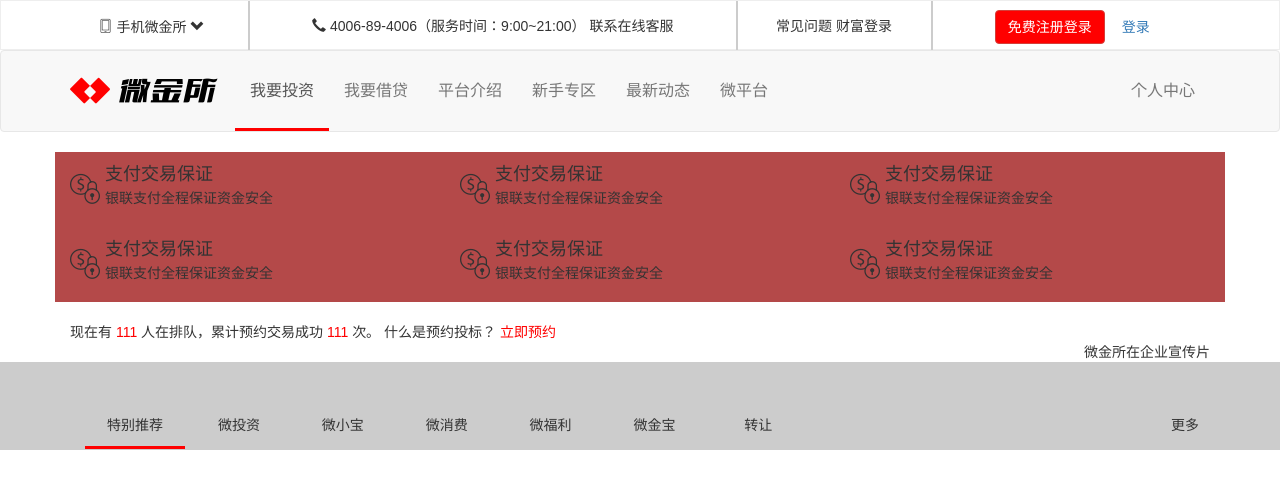
Repository: pwy114pwy/project_02
Page: 菜单.html
An editor plug-in stored every save of this project. The page is shown before and after the next save, followed by the edit.
The browser window is 1280 px wide. The pictures show the whole page.
The style sheet was rebuilt from its Sass, Less or Tailwind sources for each picture, by a compiler version that may differ from the author's.

Above is the page before, as saved 2022-11-23 10:33:54.

### 菜单.html
<!DOCTYPE html>
<html lang="en">

<head>
    <!-- 页面的编码格式 -->
    <meta charset="UTF-8">
    <!-- 为了使IE浏览器以最新浏览器edge来渲染页面 -->
    <meta http-equiv="X-UA-Compatible" content="IE=edge">
    <!-- 视口vp，针对于移动端 -->
    <meta name="viewport" content="width=device-width, initial-scale=1.0">
    <!-- 引入Bootstrap框架的CSS样式 -->
    <link rel="stylesheet" href="./lib/bootstrap/css/bootstrap.css">
    <link rel="stylesheet" href="./css/base.css">
    <link rel="stylesheet" href="./css/01.css">
    <title>Document</title>
</head>

<body>
    <header class="wjs-top hidden-xs hidden-sm">
        <div class="container">
            <div class="row">
                <div class="col-md-2">
                    <a href="">
                        <span class="wjs_icon wjs_icon_phone"></span>
                        <span>手机微金所</span>
                        <span class="glyphicon glyphicon-chevron-down"></span>
                        <img src="./images/code.jpg" alt="">
                    </a>
                </div>
                <div class="col-md-5">
                    <span class="glyphicon glyphicon-earphone"></span>
                    <span>4006-89-4006（服务时间：9:00~21:00） 联系在线客服</span>
                </div>
                <div class="col-md-2">
                    <a href="">常见问题</a>
                    <a href="">财富登录</a>
                </div>
                <div class="col-md-3">
                    <button type="button" class="btn btn-danger">免费注册登录</button>


                    <button type="button" class="btn btn-link">登录</button>
                </div>
            </div>
        </div>
    </header>


    <nav class="navbar navbar-default wjs-navbar">
        <div class="container">
            <!-- Brand and toggle get grouped for better mobile display -->
            <div class="navbar-header">
                <button type="button" class="navbar-toggle collapsed" data-toggle="collapse"
                    data-target="#bs-example-navbar-collapse-1" aria-expanded="false">
                    <span class="sr-only">Toggle navigation</span>
                    <span class="icon-bar"></span>
                    <span class="icon-bar"></span>
                    <span class="icon-bar"></span>
                </button>
                <a class="navbar-brand" href="#">
                    <span class="wjs_icon wjs_icon_logo"></span>
                    <span class="wjs_icon wjs_icon_text"></span>
                </a>
            </div>

            <!-- Collect the nav links, forms, and other content for toggling -->
            <div class="collapse navbar-collapse" id="bs-example-navbar-collapse-1">
                <ul class="nav navbar-nav wjs-navbar-nav">
                    <li class="active"><a href="#">我要投资 <span class="sr-only">(current)</span></a></li>
                    <li><a href="#">我要借贷</a></li>
                    <li><a href="#">平台介绍</a></li>
                    <li><a href="#">新手专区</a></li>
                    <li><a href="#">最新动态</a></li>
                    <li><a href="#">微平台</a></li>

                </ul>

                <ul class="nav navbar-nav navbar-right">
                    <li><a href="#">个人中心</a></li>

                </ul>
            </div><!-- /.navbar-collapse -->
        </div><!-- /.container-fluid -->
    </nav>

    <div class="baozhang">
        <div class="container">
            <div class="row">
                <div class="col-sm-6 col-md-4">
                    <span class="wjs_icon wjs_icon_E900"></span>
                    <div class="right">
                        <a href="">支付交易保证</a>
                        <a href="">银联支付全程保证资金安全</a>
                    </div>
                </div>
                <div class="col-sm-6 col-md-4">
                    <span class="wjs_icon wjs_icon_E900"></span>
                    <div class="right">
                        <a href="">支付交易保证</a>
                        <a href="">银联支付全程保证资金安全</a>
                    </div>
                </div>
                <div class="col-sm-6 col-md-4">
                    <span class="wjs_icon wjs_icon_E900"></span>
                    <div class="right">
                        <a href="">支付交易保证</a>
                        <a href="">银联支付全程保证资金安全</a>
                    </div>
                </div>
                <div class="col-sm-6 col-md-4">
                    <span class="wjs_icon wjs_icon_E900"></span>
                    <div class="right">
                        <a href="">支付交易保证</a>
                        <a href="">银联支付全程保证资金安全</a>
                    </div>
                </div>
                <div class="col-sm-6 col-md-4">
                    <span class="wjs_icon wjs_icon_E900"></span>
                    <div class="right">
                        <a href="">支付交易保证</a>
                        <a href="">银联支付全程保证资金安全</a>
                    </div>
                </div>
                <div class="col-sm-6 col-md-4">
                    <span class="wjs_icon wjs_icon_E900"></span>
                    <div class="right">
                        <a href="">支付交易保证</a>
                        <a href="">银联支付全程保证资金安全</a>
                    </div>
                </div>


            </div>

        </div>
    </div>

    <div class="paidui">
        <div class="container">
            <a href="">现在有</a>
            <p>111</p>
            <a href="">人在排队，累计预约交易成功</a>
            <p>111</p>
            <a href="">次。 什么是预约投标？ </a>
            <p>立即预约</p>
            <span></span>
            <a href="" class="visible-lg">微金所在企业宣传片</a>
        </div>

    </div>


    <div class="xialiebiao">

        <div class="container">
            <div class="row">
                <div><a href="#">特别推荐 <span class="sr-only">(current)</span></a></div>
                <div><a href="#">微投资</a></div>
                <div><a href="#">微小宝</a></div>
                <div><a href="#">微消费</a></div>
                <div><a href="#">微福利</a></div>
                <div><a href="#">微金宝</a></div>
                <div><a href="#">转让</a></div>
                <div class="hidden-sm hidden-xs hidden-md"><a href="#">更多</a></div>
            </div>

        </div>




    </div>


    <script src="./lib/jquery/jquery.js"></script>
    <script src="./lib/bootstrap/js/bootstrap.js"></script>
</body>

</html>

### css/base.css
/*公共css样式*/
body{
    font-family: "Microsoft YaHei",sans-serif;
    font-size: 14px;
    color: #333;
}
a{
    text-decoration: none;
    color: #333;
}
a:hover{
    text-decoration: none;
    color: #333;
}
/*左边距*/
.m_l10{
    margin-left: 10px;
}
/*右边距*/
.m_r10{
    margin-right: 10px;
}
/*自定义字体*/
@font-face {
    font-family: 'wjs';
    src: url('../fonts/MiFie-Web-Font.eot'); /* IE9*/
    src: url('../fonts/MiFie-Web-Font.eot') format('embedded-opentype'), /* IE6-IE8 */
    url('../fonts/MiFie-Web-Font.woff') format('woff'), /* chrome、firefox */
    url('../fonts/MiFie-Web-Font.ttf') format('truetype'), /* chrome、firefox、opera、Safari, Android, iOS 4.2+*/
    url('../fonts/MiFie-Web-Font.svg') format('svg'); /* iOS 4.1- */
}
/*自定义字体使用样式*/
.wjs_icon{
    font-family: wjs;
}

/*手机图标对应的编码*/
.wjs_icon_phone::before{
    content: "\e908";
}
/*电话图标对应的编码*/
.wjs_icon_tel::before{
    content: "\e909";
    font-size: 14px;
}
/*wjs logo*/
.wjs_icon_logo::before{
    content: "\e920";
}
/*wjs 文本*/
.wjs_icon_text::before{
    content: "\e93e";
}
.wjs_icon_new01::before{
    content: "\e90e";
}
.wjs_icon_new02::before{
    content: "\e90f";
}
.wjs_icon_new03::before{
    content: "\e910";
}
.wjs_icon_new04::before{
    content: "\e911";
}
.wjs_icon_partner01::before{
    content:"\e946";
}
.wjs_icon_partner02::before{
    content: "\e92f";
}
.wjs_icon_partner03::before{
    content: "\e92e";
}
.wjs_icon_partner04::before{
    content: "\e92a";
}
.wjs_icon_partner05::before{
    content: "\e929";
}
.wjs_icon_partner06::before{
    content: "\e931";
}
.wjs_icon_partner07::before{
    content: "\e92c";
}
.wjs_icon_partner08::before{
    content: "\e92b";
}
.wjs_icon_partner09::before{
    content: "\e92d";
}
.wjs_iconn_E903::before{
    content: "\e903";
}
/* 闹钟 图标 */
.wjs_icon_E906::before{
    content: "\e906";
}
/* 摄像机 图标 */
.wjs_icon_E905::before{
    content: "\e905";
}
.wjs_icon_E907::before{
    content: "\e907";
}
.wjs_icon_E901::before{
    content: "\e901";
}
/* 支持交易保障 图片 */
.wjs_icon_E900::before{
    content: "\e900";
}
.wjs_icon_E904::before{
    content: "\e904";
}

.wjs_icon_E902::before{
    content: "\e902";
}

### css/01.less
.wjs-top {
    line-height: 50px;
    height: 50px;
    border: 1px solid #eee;

    .row {
        >div {
            text-align: center;
            height: 50px;

            &:nth-child(-n+3) {
                border-right: 2px solid #ccc;
            }

            a {
                position: relative;
                display: block;

                &:hover {
                    img {
                        z-index: 999;
                        display: block;
                    }
                }

                img {
                    display: none;
                    position: absolute;
                    top: 50px;
                    left: 26px;
                    border: 1px solid #ccc;
                    border-top: 0;
                }

            }

            &:nth-child(3) {
                a {
                    display: inline;
                }
            }

            &:nth-child(4) {
                button {
                    &:nth-child(1) {
                        background-color: red;
                    }
                }
            }

        }

    }
}

.wjs-navbar {
    .wjs-navbar-nav {
        a {
            height: 80px;
            line-height: 50px;
            font-size: 16px;

            &:hover {
                border-bottom: 3px solid red;
            }
        }

        .active {
            a {
                border-bottom: 3px solid red;
                background-color: transparent;

                &:hover {
                    background-color: transparent;

                }
            }
        }
    }

    .navbar-header {
        button {
            margin-top: 24px;
        }
    }

    .navbar-right {
        li {
            a {
                height: 80px;
                line-height: 50px;
                font-size: 16px;

                &:hover {
                    border-bottom: 3px solid red;
                }
            }
        }
    }

    .navbar-brand {
        span {
            height: 80px;
            line-height: 50px;
            font-size: 40px;

            &:nth-child(1) {
                color: red;
            }

            &:nth-child(2) {
                color: black;
            }
        }
    }
}


.baozhang {

    // position: relative;
    // height: 150px;
    // background-color: aqua;
    .row {
        div {
            // width: 390px;
            height: 75px;
            background-color: rgb(180, 73, 73);

            span {
                line-height: 75px;
                display: inline-block;
                font-size: 30px;
            }

            .right {
                // width: 300px;
                position: absolute;
                top: 10px;
                left: 50px;
                height: 50px;

                // background-color: antiquewhite;
                a:nth-child(1) {
                    font-size: 18px;
                    display: block;
                    // background-color: aqua;
                }
            }
        }
    }
}

.paidui {
    position: relative;
    // display: flex;
    top: 20px;

    // height: 60px;
    // background-color: blueviolet;
    a:last-child {
        line-height: 60px;
        float: right;
    }

    p {
        height: 35px;
        line-height: 35 px;
        display: inline-block;
        color: red;

        &:last-child {
            border-bottom: 1px dashed red;
        }
    }
}

.xialiebiao {
    .container{
        border-bottom: 1px solid #ccc;
    }
    background-color: #ccc;
    // height: 90px;
    padding-top: 40px;
    .row{
        position: relative;
        left: 30px;
        div{
            text-align: center;
            display: inline-block;
            width: 100px;
            height: 47px;
            line-height: 47px;
            // background-color: antiquewhite;
            &:first-child{
                border-bottom: 3px solid red;
            }
            &:last-child{
                position: absolute;
                left: 1050px;
            }
            &:hover{
                border-bottom: 3px solid red;

            }
        }
    }
}

Loaded but not shown: lib/bootstrap/css/bootstrap.css (library); lib/jquery/jquery.js (library); lib/bootstrap/js/bootstrap.js (library)

After the next save:
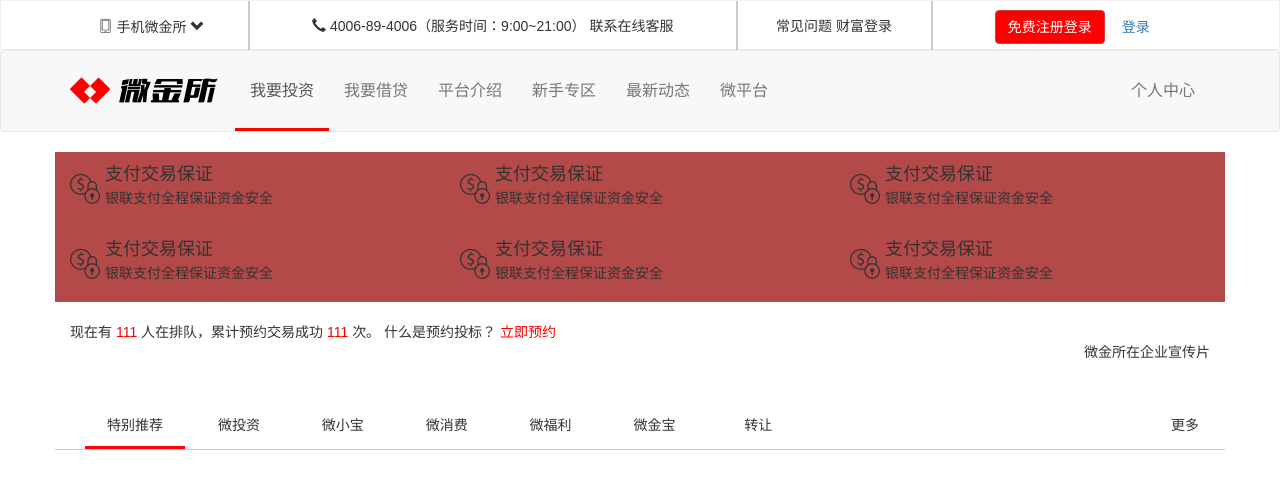
Saved 10 s later.
--- a/css/01.less
+++ b/css/01.less
@@ -179,7 +179,7 @@
     .container{
         border-bottom: 1px solid #ccc;
     }
-    background-color: #ccc;
+    // background-color: #ccc;
     // height: 90px;
     padding-top: 40px;
     .row{

After the 2 saves that followed:
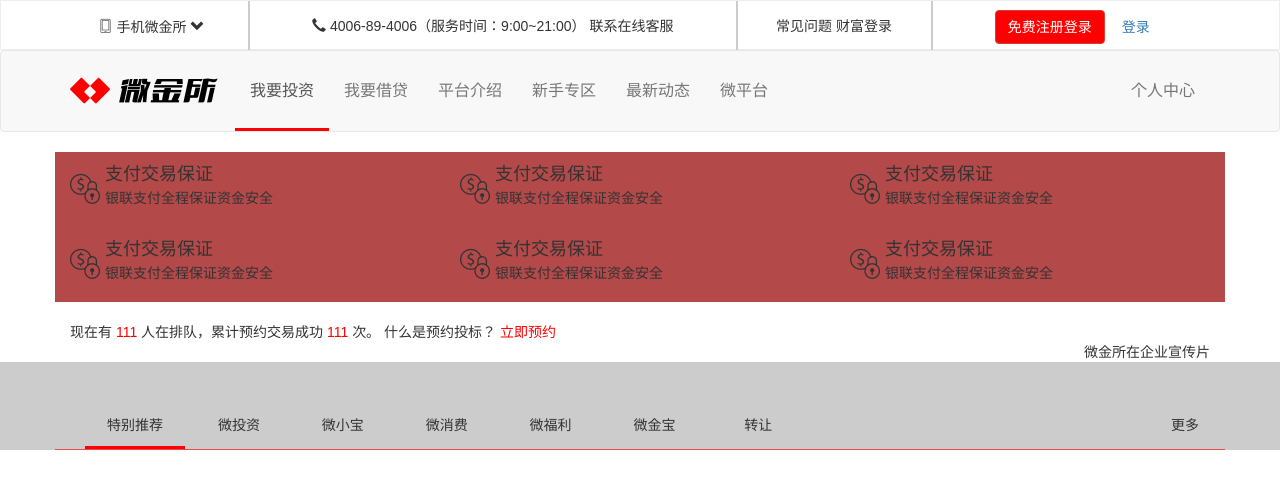
The 2 saves are shown as one change because they came seconds apart.
The last was saved 15 s later.
--- a/css/01.less
+++ b/css/01.less
@@ -177,9 +177,9 @@
 
 .xialiebiao {
     .container{
-        border-bottom: 1px solid #ccc;
-    }
-    // background-color: #ccc;
+        border-bottom: 1px solid rgb(237, 73, 73);
+    }
+    background-color: #ccc;
     // height: 90px;
     padding-top: 40px;
     .row{
